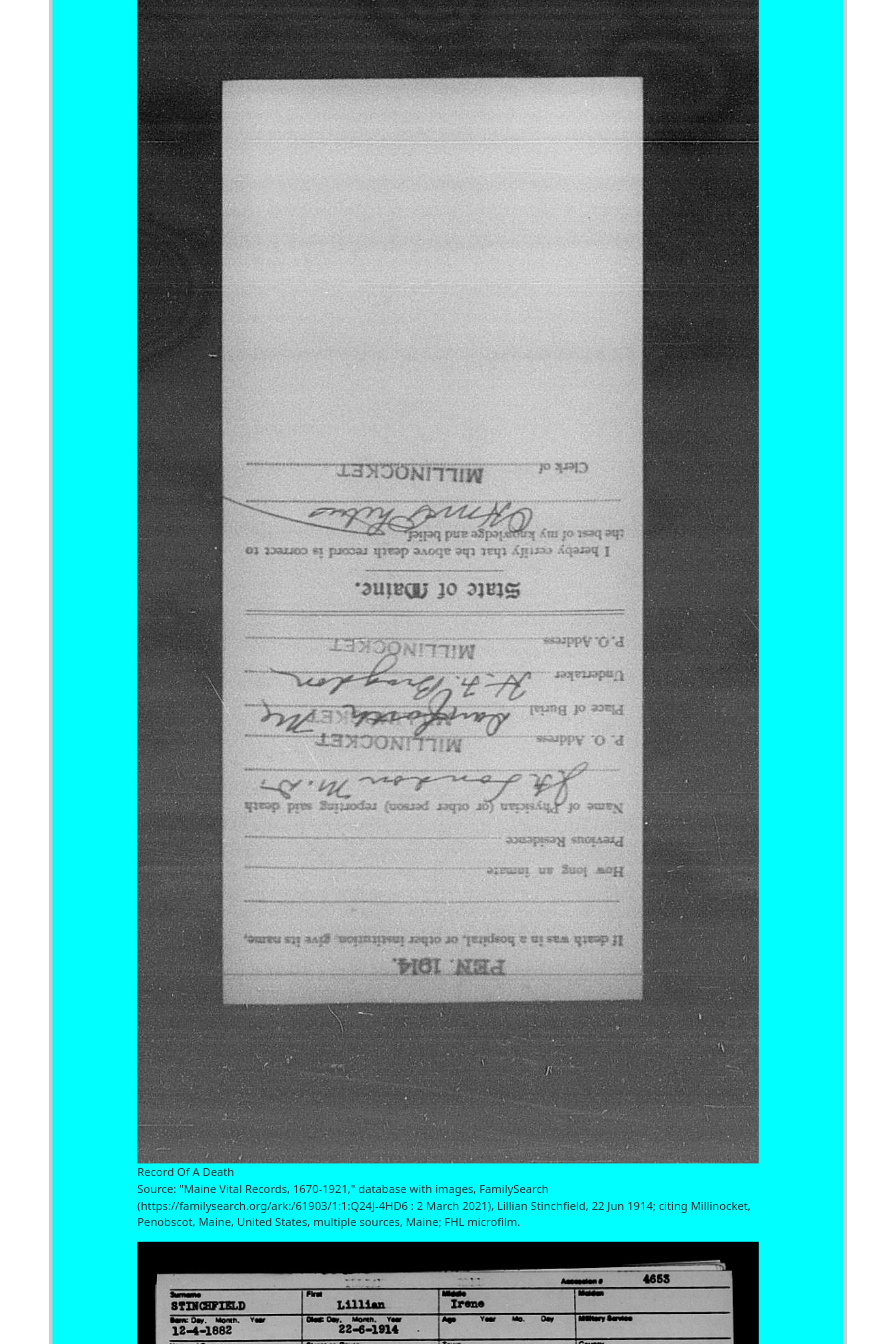
Repository: George2916/GreensladeFamilyTree
Page: photoDocsLillianIreneKnight.html
The author's editor kept a record of every edit. The page is drawn from the files as they stood at one moment, then again after the next edit.
The browser window is 1280 px wide. The pictures show the part of the page from y = 4580 to 6500 px (the page is 7163 px tall before and 7091 px after), at 70% of full size.
A picture or video elsewhere on the page could not be fetched, so the positions and the page height are approximate.

Above is the page before.

### photoDocsLillianIreneKnight.html
<!doctype html>
<html lang="en">
<head>

    <meta charset="utf-8">
    <meta http-equiv="X-UA-Compatible" content="IE-edge">
    <meta name="viewport" content="width=device-width, initial-scale=1">
    <!--[if lt IE 9]
        <script src="https://oss.maxcdn.com/html5shiv/3.7.2/html5shiv.min.js"></script>
        <script src="https://oss.maxcdn.com/respond/1.4.2/respond.min.js"></script>
    <![endif]-->

    <link rel="stylesheet" type="text/css" href="css/bootstrap.css">
    <link rel="stylesheet" type="text/css" href="css/myStyle.css">

<title>Lillian Irene Knight - Documents</title>

</head>
<body>

<div class="container background">

    <div class="row">

        <div class="col-1" >
        </div>

        <div class="col-10">
            <h6 id="headingZZZ">Lillian Irene Knight</h6>
        </div>

  		<div class="col-1">
  		    <button onclick="goingBack()" id="btn-ZZZ"><!--&times; &#10006;-->&#x2715;</button>
        </div>

    </div>

   <div class="row"><!--first row-->

        <div class="col-12 col-md-1">
        </div>

        <div class="col-12 col-md-10">
            <div id="p1of2" onclick="twoPageFirstFlip()">
                <img class="img-fluid hover" src="images/marriageCertLillianIreneKnight(1A).jpg">
                 <p>Record Of A Marriage&nbsp;<i>(first page)<br>Click on document to view second page.</i><p>
            </div>

            <div class="pic-back" id="p2of2" onclick="twoPageUnflip()">
                <img class="img-fluid hover" src="images/marriageCertLillianIreneKnight(1B).jpg">
                <p>Record Of A Marriage&nbsp;<i>(second page)</i><br>Source: "Maine Vital Records, 1670-1921," database with images, FamilySearch (https://familysearch.org/ark:/61903/1:1:KCD5-YPL : 2 March 2021), Eben K Stinchfield and Lillian Knight, 02 Sep 1907; citing Vanceboro, , Maine, United States, multiple sources, Maine; FHL microfilm.<p>
            </div>

        </div><!--closes .col-12 col-md-10-->

        <div class="col-12 col-md-1">
        </div>

    </div><!--closes first row-->

    <div class="row" id="LIK(2)"><!--second row-->

        <div class="col-12 col-md-1">
        </div>

        <div class="col-12 col-md-10">
            <div>
                <img class="img-fluid" src="images/census/1910MillinocketMELillianIreneKnight.jpg">
                <p>Extract from the 1910 census of Millinocket, Maine. The pertinent information begins on line 28.<br>
                The census indicates that Lydia Stinchfield, age 59, was the head of a household that included (i) her son Eben K., age 35, (ii) her daughter-in-law Lillian I., age 28, (iii) her grandson Eugene K., age 3 months, and (iv) her son Benjamin B., age 27.</p>
            </div>
        </div>

        <div class="col-12 col-md-1">
        </div>

    </div> <!--closes second row-->

    <div class="row" id="LIK(3)"><!--third row-->

        <div class="col-12 col-md-1">
        </div>

        <div class="col-12 col-md-10">
            <div>
                <img class="img-fluid" src="images/deathCertLillianIreneKnight.jpg">
                <p>Record Of A Death<br>Source: "Maine Vital Records, 1670-1921," database with images, FamilySearch (https://familysearch.org/ark:/61903/1:1:Q24J-4HD6 : 2 March 2021), Lillian Stinchfield, 22 Jun 1914; citing Millinocket, Penobscot, Maine, United States, multiple sources, Maine; FHL microfilm. </p>
            </div>
        </div>

        <div class="col-12 col-md-1">
        </div>

    </div> <!--closes third row-->

    <div class="row" id="LIK(4)"><!--fourth row-->

        <div class="col-12 col-md-1">
        </div>

        <div class="col-12 col-md-10">
            <div>
                <img class="img-fluid" src="images/burialRecordLillianIreneKnight.jpg">
                <p>Burial record<br>Source: "Maine, Faylene Hutton Cemetery Collection, ca. 1780-1990," database with images, FamilySearch (https://familysearch.org/ark:/61903/1:1:QKM1-WG2D : 3 March 2021), Lillian Irene Stinchfield, 1914; citing Burial, Danforth, Washington, Maine, United States, Maine State Library, Augusta; FHL microfilm 1,787,557.</p>
            </div>
        </div>

        <div class="col-12 col-md-1">
        </div>

    </div> <!--closes foourth row-->

</div> <!--closes container-->

<script src="js/bootstrap.js"></script>
<script src="js/myJavascript.js"></script>

</body>
</html>

Loaded but not shown: css/bootstrap.css (library); js/bootstrap.js (library); js/myJavascript.js (285 lines, source omitted); css/myStyle.css (993 lines, source omitted)

After the next edit:
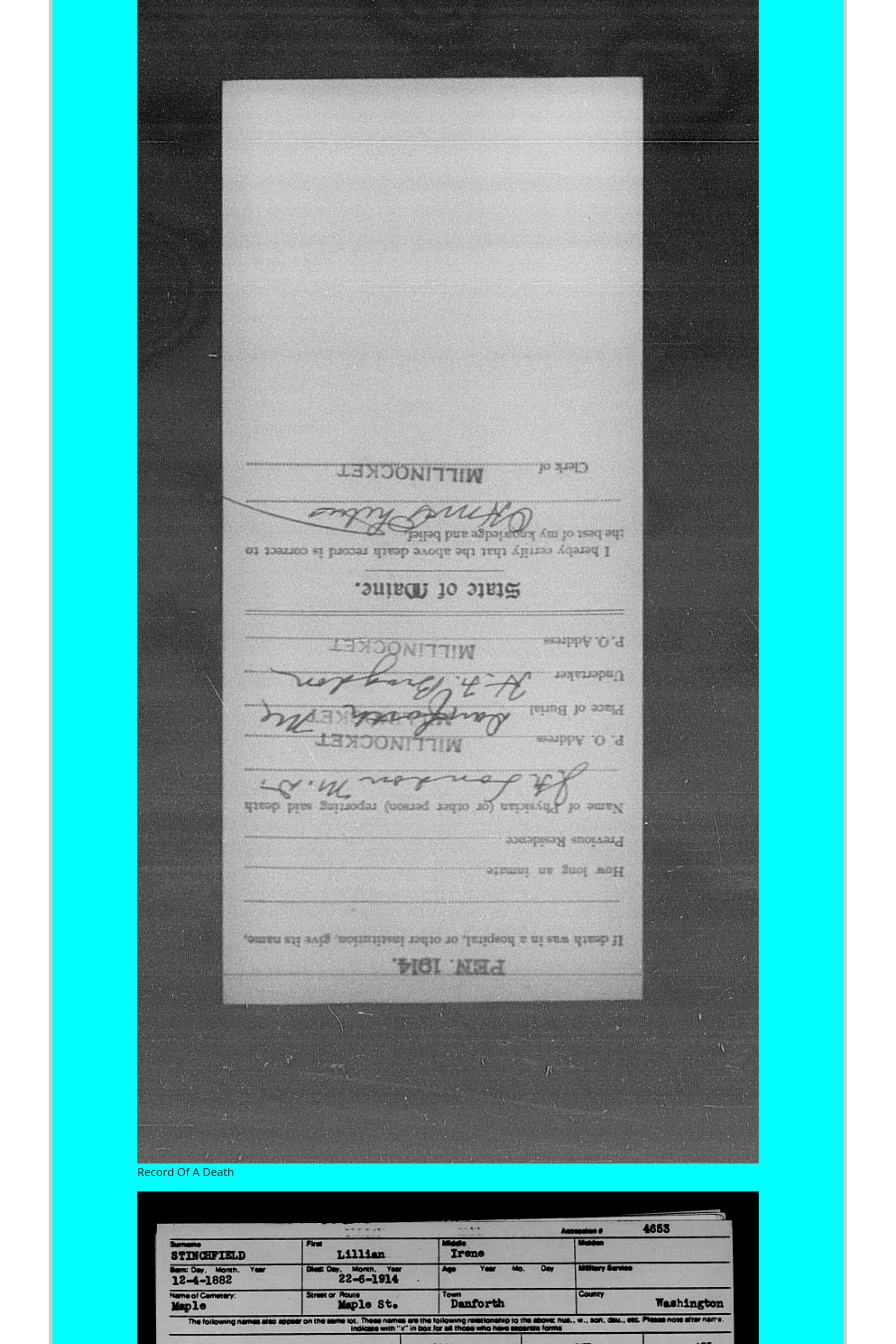
The edit:
--- a/photoDocsLillianIreneKnight.html
+++ b/photoDocsLillianIreneKnight.html
@@ -84,7 +84,7 @@
         <div class="col-12 col-md-10">
             <div>
                 <img class="img-fluid" src="images/deathCertLillianIreneKnight.jpg">
-                <p>Record Of A Death<br>Source: "Maine Vital Records, 1670-1921," database with images, FamilySearch (https://familysearch.org/ark:/61903/1:1:Q24J-4HD6 : 2 March 2021), Lillian Stinchfield, 22 Jun 1914; citing Millinocket, Penobscot, Maine, United States, multiple sources, Maine; FHL microfilm. </p>
+                <p>Record Of A Death</p>
             </div>
         </div>
 
